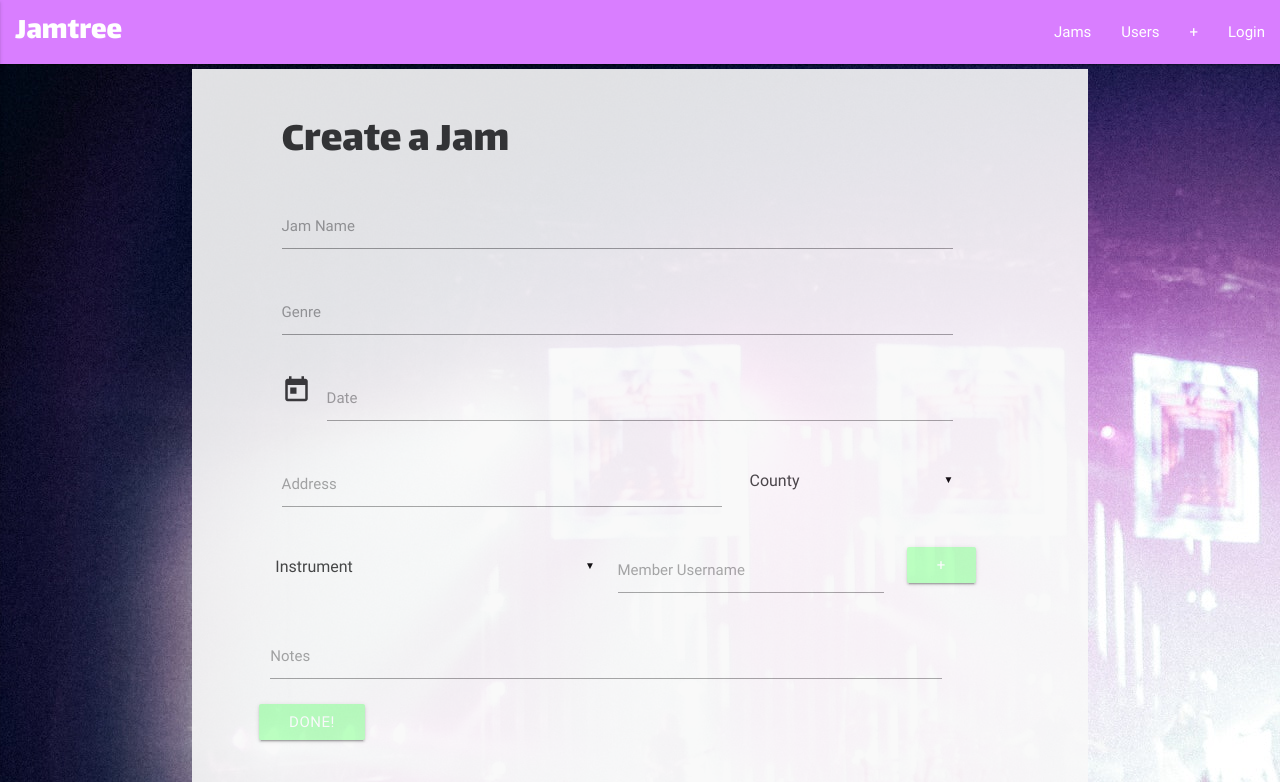
Repository: EdShackleton/milestone-project-3
Page: templates/addjam.html
The author's editor kept a record of every edit. The page is drawn from the files as they stood at one moment, then again after the next edit.
The browser window is 1280 px wide. The pictures show the whole page.
Backgrounds fixed to the window are drawn as part of the page. Some web libraries are served in a nearby version. The page is served by the project's application, run on Flask 3 (app.py). Style sheets and scripts are compiled from the project's sources, by tool versions that may differ from the author's. The template is opened directly, without the code that normally fills it, so the values that code supplies are empty.

Above is the page before.

After the next edit:
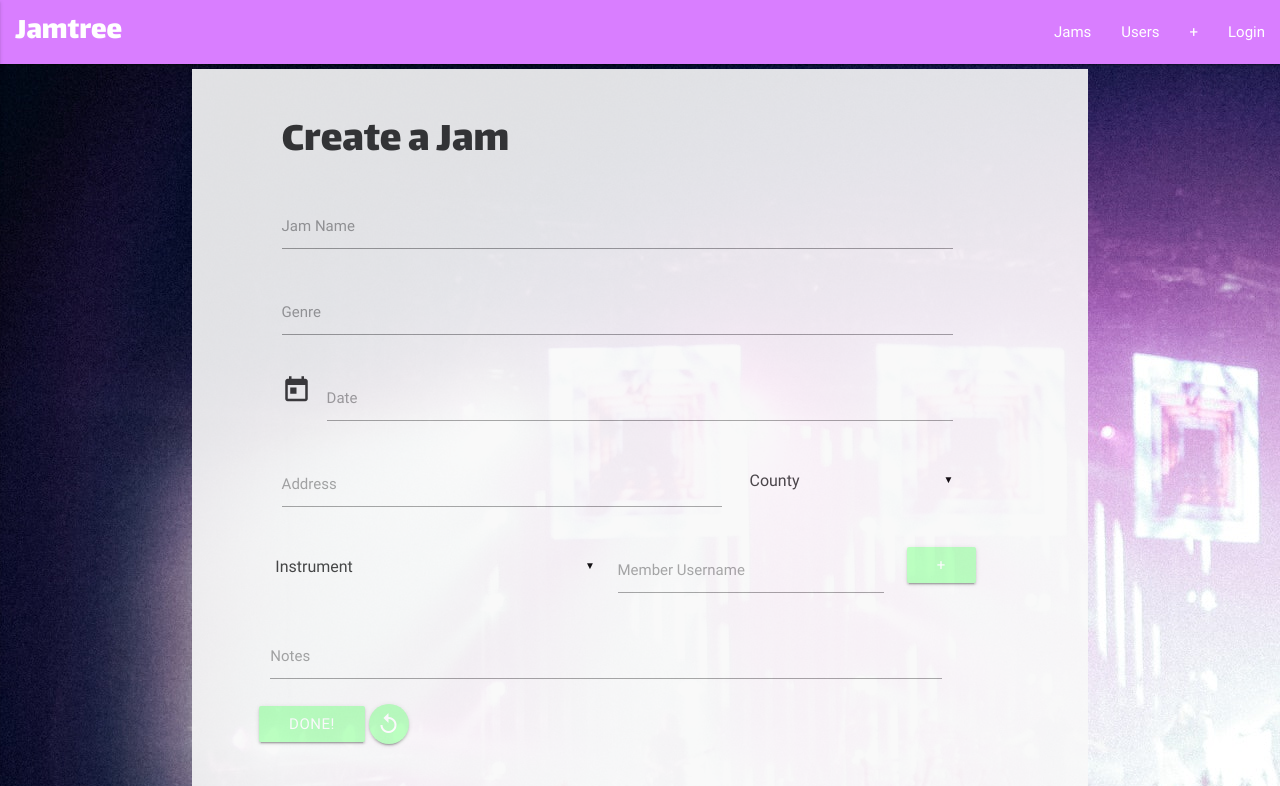
The edit:
--- a/templates/addjam.html
+++ b/templates/addjam.html
@@ -212,6 +212,7 @@
                 </div>
                 <div class="row">
                     <button class="btn waves-effect waves-light" type="submit">Done!</button>
+                    <a href="{{url_for('add_jam')}}" class="btn-floating btn-small waves-effect waves-light btn"><i class="material-icons">replay</i></a>
                 </div>
         </form>
     </div>
